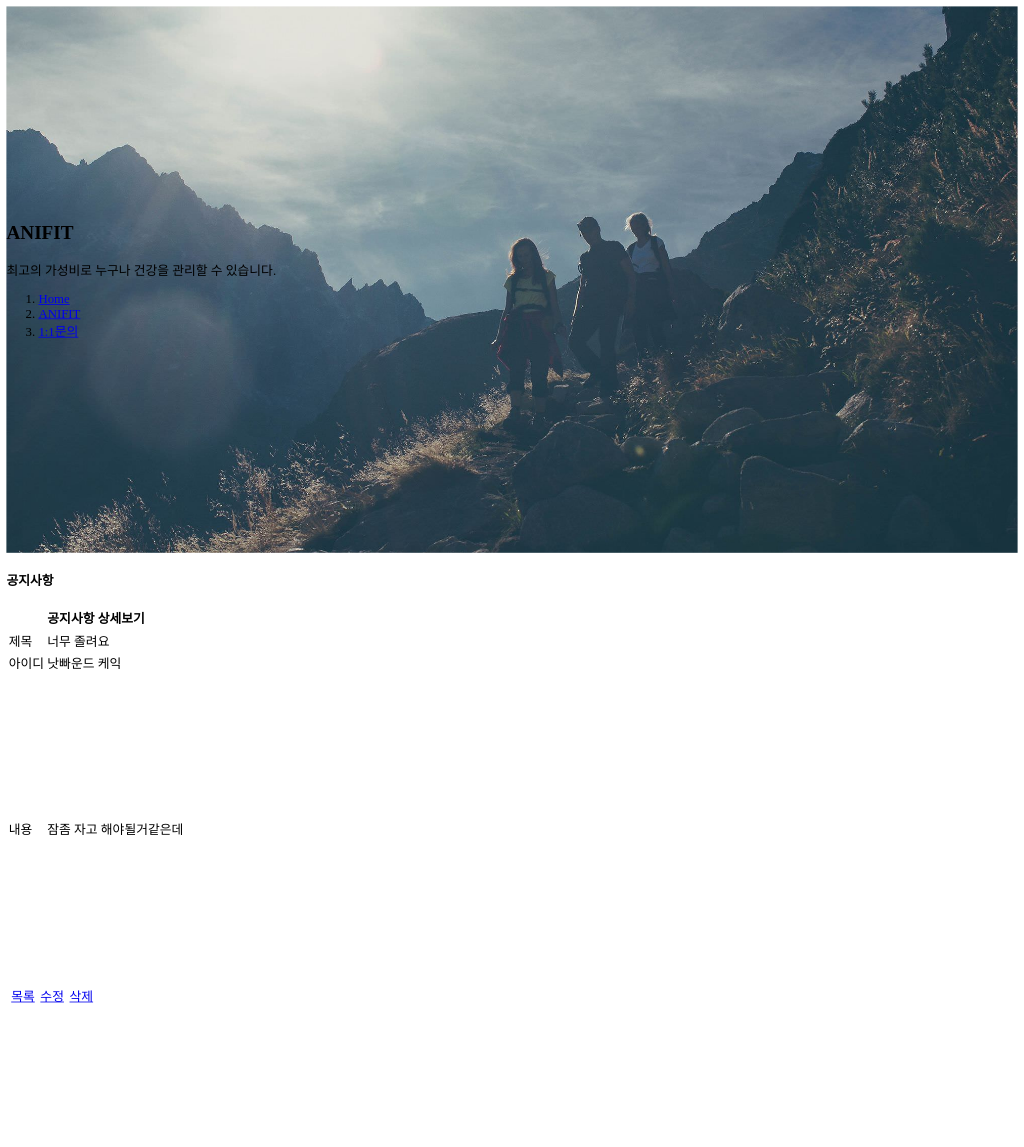
Repository: sjhello/Kitri_SpringProject
Page: http://localhost/SpringProject/WEB-INF/views/notice/notice-detail.jsp
These files come from the project's save history. The page is drawn as it stood at one moment and after the next save; the edit follows.
The browser window is 1280 px wide. The pictures show the whole page, at 80% of full size.
The page is served by Tomcat 9. Nobody is signed in. Other server files are loaded and not shown. The template is opened directly, without the code that normally fills it, so the values that code supplies are empty.

Above is the page before, as saved 2018-12-04 04:55:42.

### SpringProject/src/main/webapp/WEB-INF/views/notice/notice-detail.jsp
<%@ page language="java" contentType="text/html; charset=UTF-8"
    pageEncoding="UTF-8"%>
<section id="page-title" class="page-title-parallax page-title-dark" style="padding: 250px 0; background-image: url('images/about/parallax.jpg'); background-size: cover; background-position: center center;" data-bottom-top="background-position:0px 400px;" data-top-bottom="background-position:0px -500px;">

			<div class="container clearfix">
				<h1>ANIFIT</h1>
				<span>최고의 가성비로 누구나 건강을 관리할 수 있습니다.</span>
				<ol class="breadcrumb">
					<li class="breadcrumb-item"><a href="main.do">Home</a></li>
					<li class="breadcrumb-item"><a href="#">ANIFIT</a></li>
					<li class="breadcrumb-item active" aria-current="page"><a href="qa.do">1:1문의</a></li>
				</ol>
			</div>

		</section><!-- #page-title end -->

		<!-- Content
		============================================= -->
		<section id="content">
			<div class="content-wrap">
				<div class="container clearfix" style="margin-bottom: 175px;">
					<h4>공지사항</h4>
					<div class="col_one">
						<table class="table table-bordered">
						  <thead>
							<tr>
							 	<th colspan="2">공지사항 상세보기</th>
							</tr>
						  </thead>
						  <tbody>
							<tr>
							  <td>제목</td>
							  <td>너무 졸려요</td>
							</tr>
							<tr>
							  <td>아이디</td>
							  <td>낫빠운드 케익</td>
							</tr>
							<tr>
							  <td>내용</td>
							  <td style=" height: 386px; ">잠좀 자고 해야될거같은데</td>
							</tr>
							<tr>
								<td colspan="2">
									<a href="qa11.do" class="btn btn-secondary btn-sm fright" style=" margin-left: 3px; ">목록</a>
									<a href="qaUpdate11.do" class="btn btn-secondary btn-sm fright" style=" margin-left: 3px; ">수정</a>
									<a href="qa11.do" class="btn btn-secondary btn-sm fright" style=" margin-left: 3px; ">삭제</a>
								</td>
							</tr>
						  </tbody>
						</table>
					</div>
				</div>
			</div>
		</section><!-- #content end -->

After the next save:
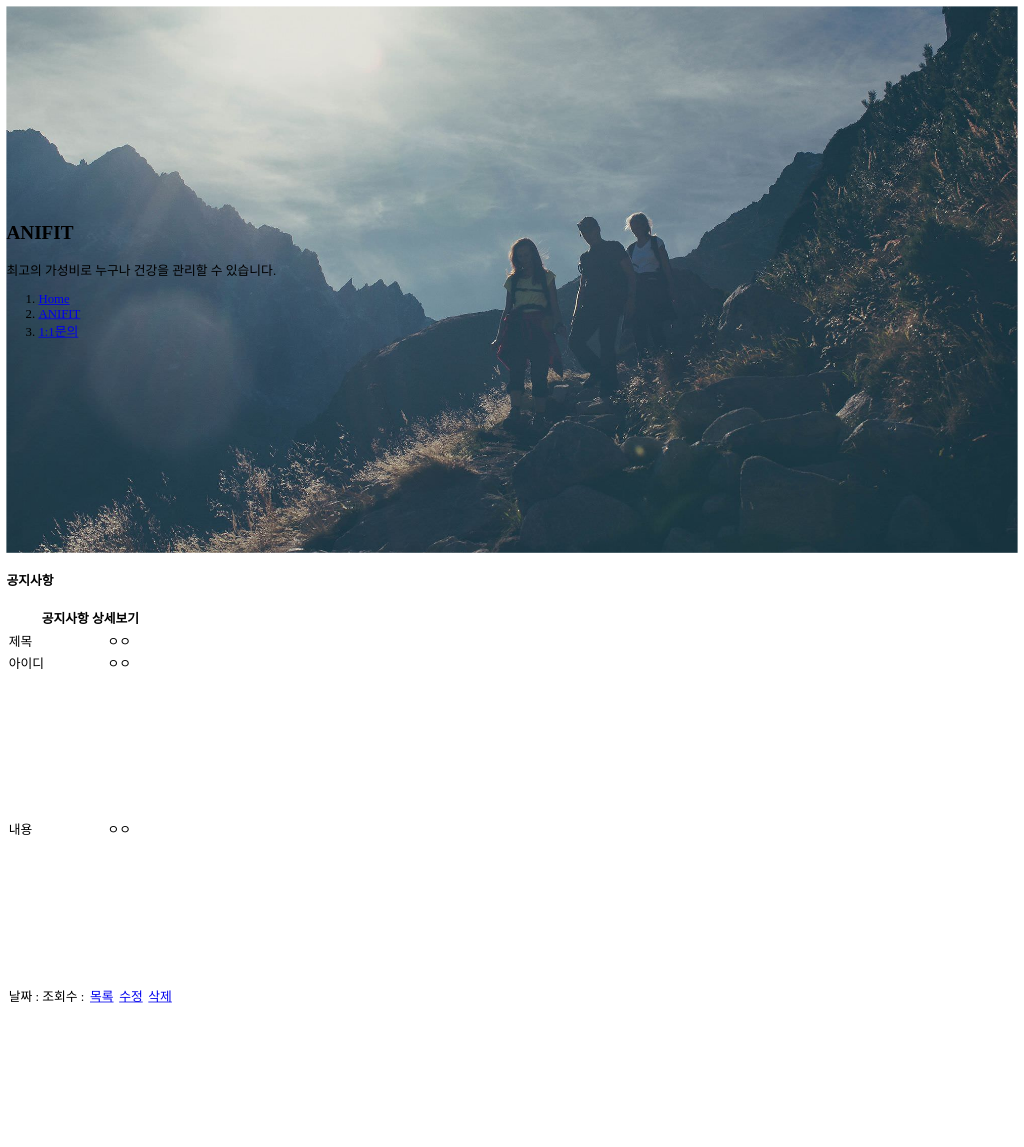
Saved 29 s later.
--- a/SpringProject/src/main/webapp/WEB-INF/views/notice/notice-detail.jsp
+++ b/SpringProject/src/main/webapp/WEB-INF/views/notice/notice-detail.jsp
@@ -30,18 +30,19 @@
 						  <tbody>
 							<tr>
 							  <td>제목</td>
-							  <td>너무 졸려요</td>
+							  <td>ㅇㅇ</td>
 							</tr>
 							<tr>
 							  <td>아이디</td>
-							  <td>낫빠운드 케익</td>
+							  <td>ㅇㅇ</td>
 							</tr>
 							<tr>
 							  <td>내용</td>
-							  <td style=" height: 386px; ">잠좀 자고 해야될거같은데</td>
+							  <td style=" height: 386px; ">ㅇㅇ</td>
 							</tr>
 							<tr>
 								<td colspan="2">
+								날짜 :    조회수 :
 									<a href="qa11.do" class="btn btn-secondary btn-sm fright" style=" margin-left: 3px; ">목록</a>
 									<a href="qaUpdate11.do" class="btn btn-secondary btn-sm fright" style=" margin-left: 3px; ">수정</a>
 									<a href="qa11.do" class="btn btn-secondary btn-sm fright" style=" margin-left: 3px; ">삭제</a>
